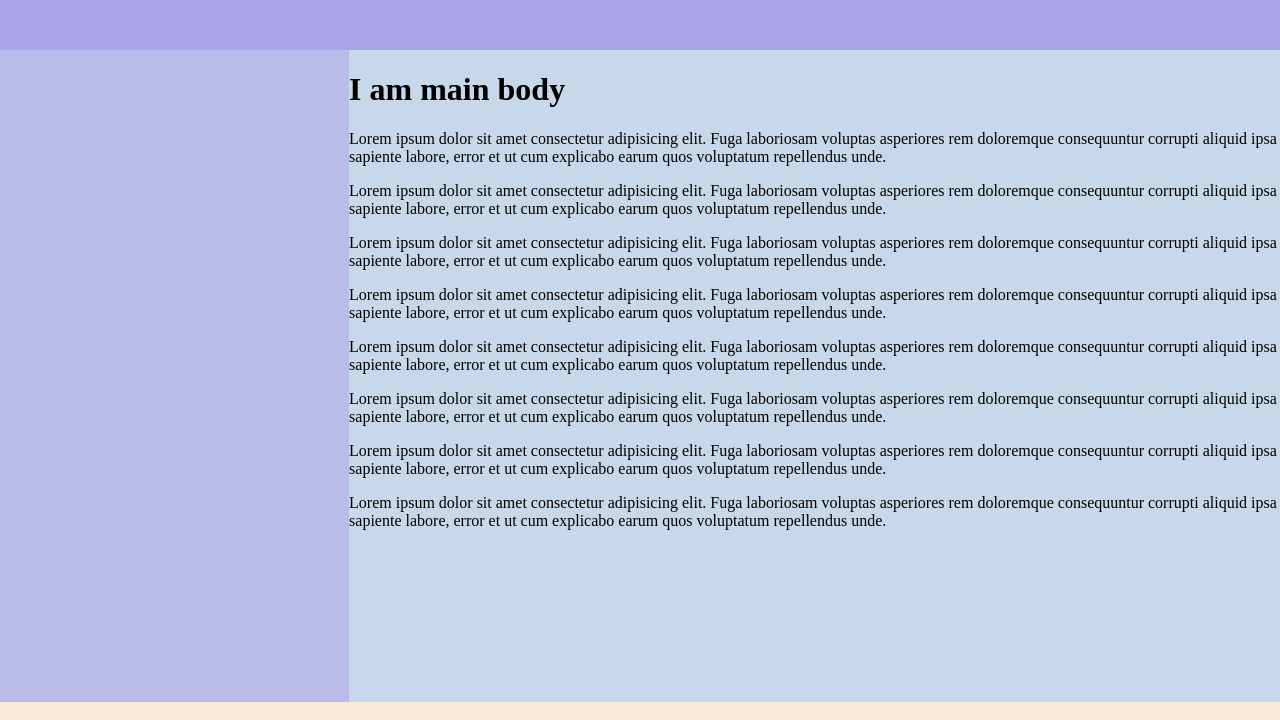
Repository: purnimapatel/fish-world
Page: index.html
These files come from the project's save history. The page is drawn as it stood at one moment and after the next save; the edit follows.
The browser window is 1280 px wide. The pictures show the whole page.

Above is the page before, as saved 2024-08-25 11:16:25.

After the next save:
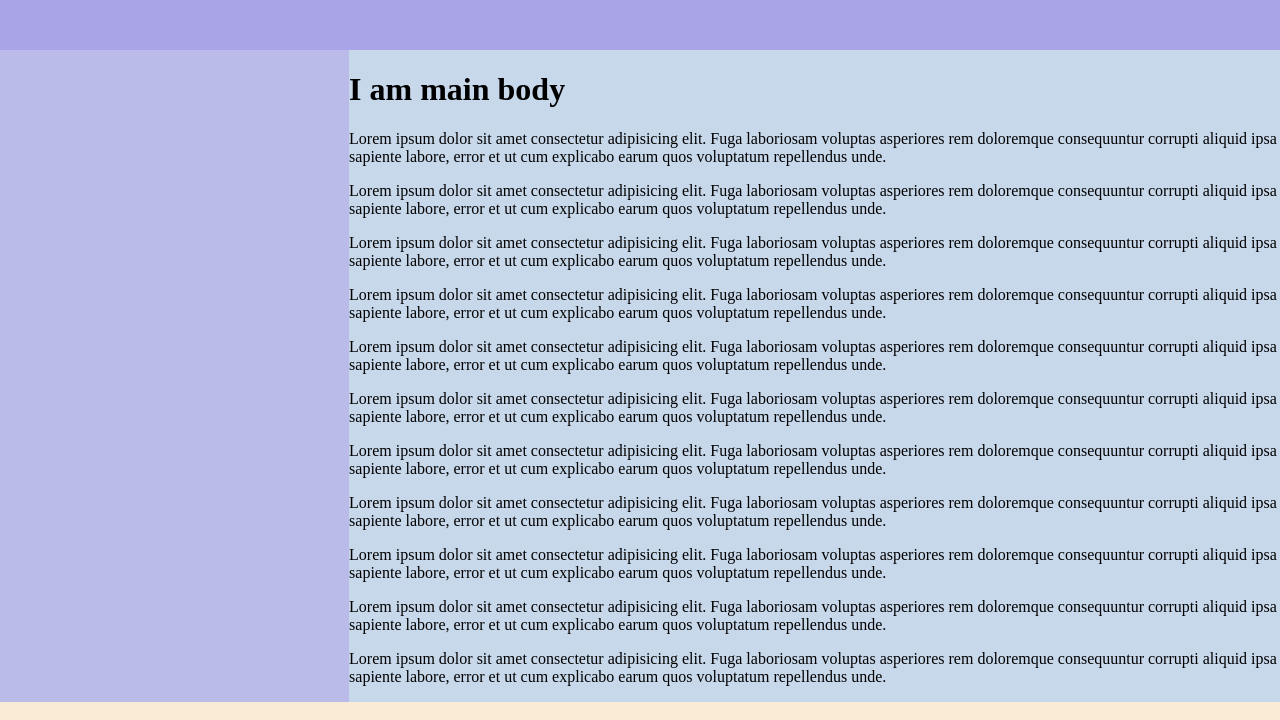
Saved 29 s later.
--- a/index.html
+++ b/index.html
@@ -25,6 +25,9 @@
             <p>Lorem ipsum dolor sit amet consectetur adipisicing elit. Fuga laboriosam voluptas asperiores rem doloremque consequuntur corrupti aliquid ipsa sapiente labore, error et ut cum explicabo earum quos voluptatum repellendus unde.</p>
             <p>Lorem ipsum dolor sit amet consectetur adipisicing elit. Fuga laboriosam voluptas asperiores rem doloremque consequuntur corrupti aliquid ipsa sapiente labore, error et ut cum explicabo earum quos voluptatum repellendus unde.</p>
             <p>Lorem ipsum dolor sit amet consectetur adipisicing elit. Fuga laboriosam voluptas asperiores rem doloremque consequuntur corrupti aliquid ipsa sapiente labore, error et ut cum explicabo earum quos voluptatum repellendus unde.</p>
+            <p>Lorem ipsum dolor sit amet consectetur adipisicing elit. Fuga laboriosam voluptas asperiores rem doloremque consequuntur corrupti aliquid ipsa sapiente labore, error et ut cum explicabo earum quos voluptatum repellendus unde.</p>
+            <p>Lorem ipsum dolor sit amet consectetur adipisicing elit. Fuga laboriosam voluptas asperiores rem doloremque consequuntur corrupti aliquid ipsa sapiente labore, error et ut cum explicabo earum quos voluptatum repellendus unde.</p>
+            <p>Lorem ipsum dolor sit amet consectetur adipisicing elit. Fuga laboriosam voluptas asperiores rem doloremque consequuntur corrupti aliquid ipsa sapiente labore, error et ut cum explicabo earum quos voluptatum repellendus unde.</p>
 
 
         </div>
